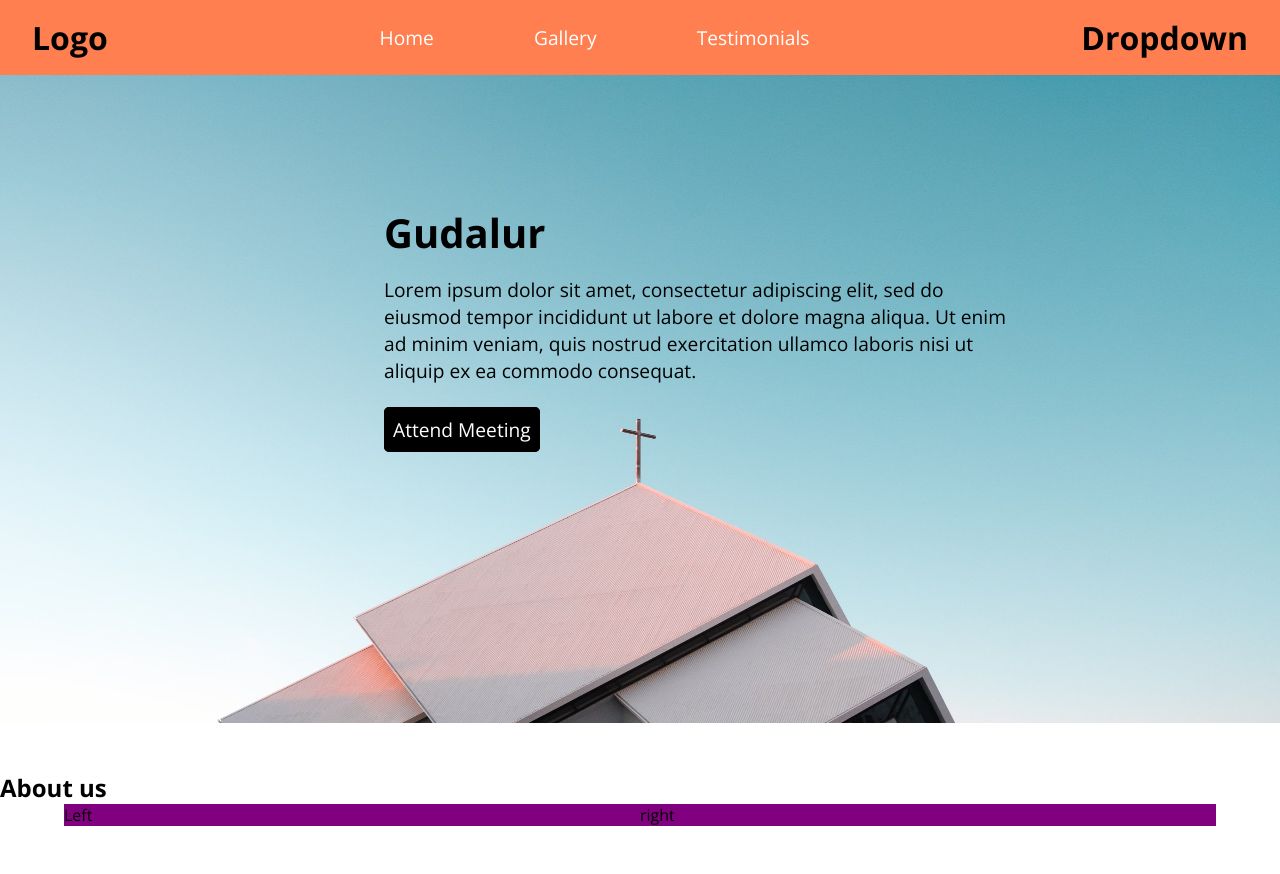
Repository: Imprasna/church
Page: index.html
These files come from the project's save history. The page is drawn as it stood at one moment and after the next save; the edit follows.
The browser window is 1280 px wide. The pictures show the whole page.

Above is the page before, as saved 2022-01-18 23:13:31.

After the next save:
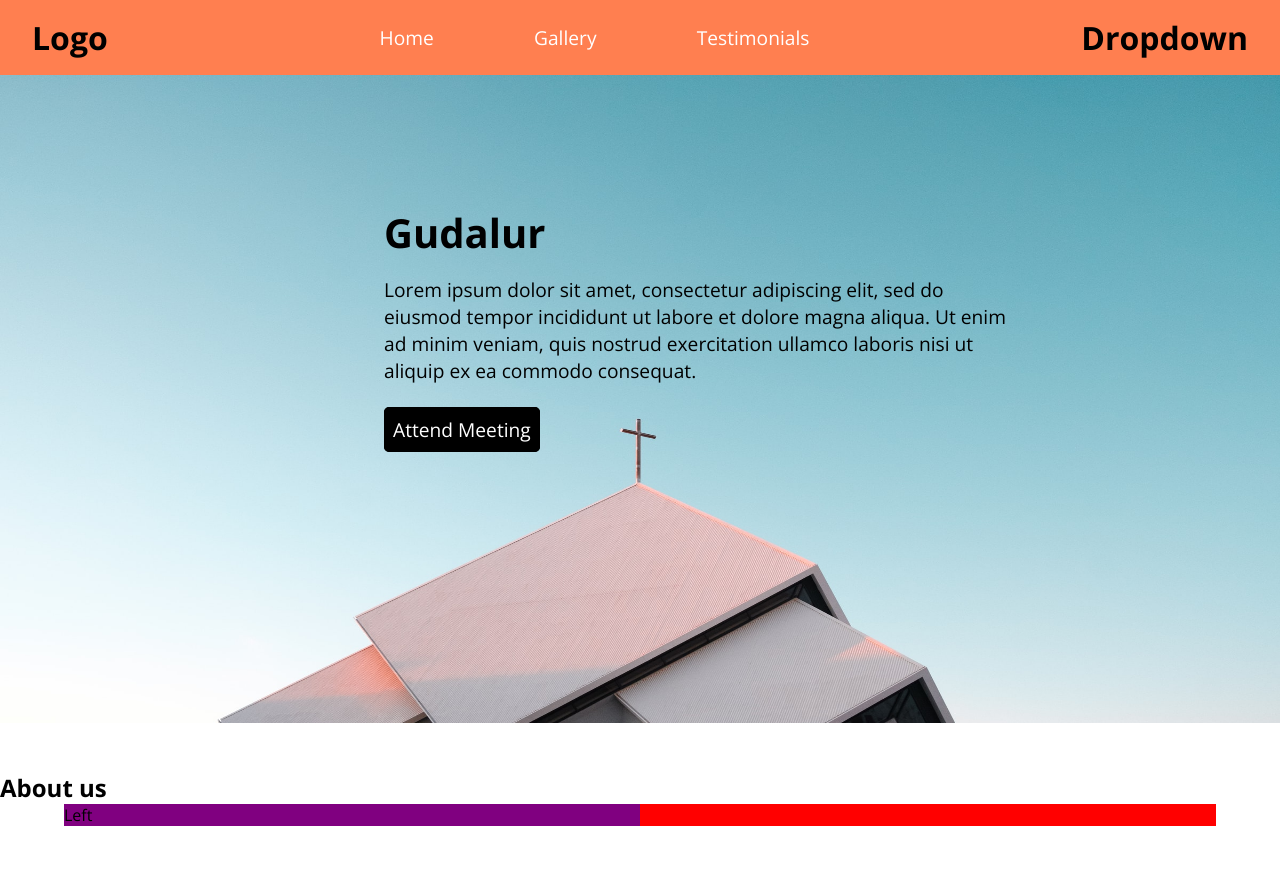
Saved 15 s later.
--- a/index.html
+++ b/index.html
@@ -45,7 +45,7 @@
                         Left
                     </div>
                     <div class="about_right">
-                        right
+                        <p></p>
                     </div>
                 </div>
             </div>
